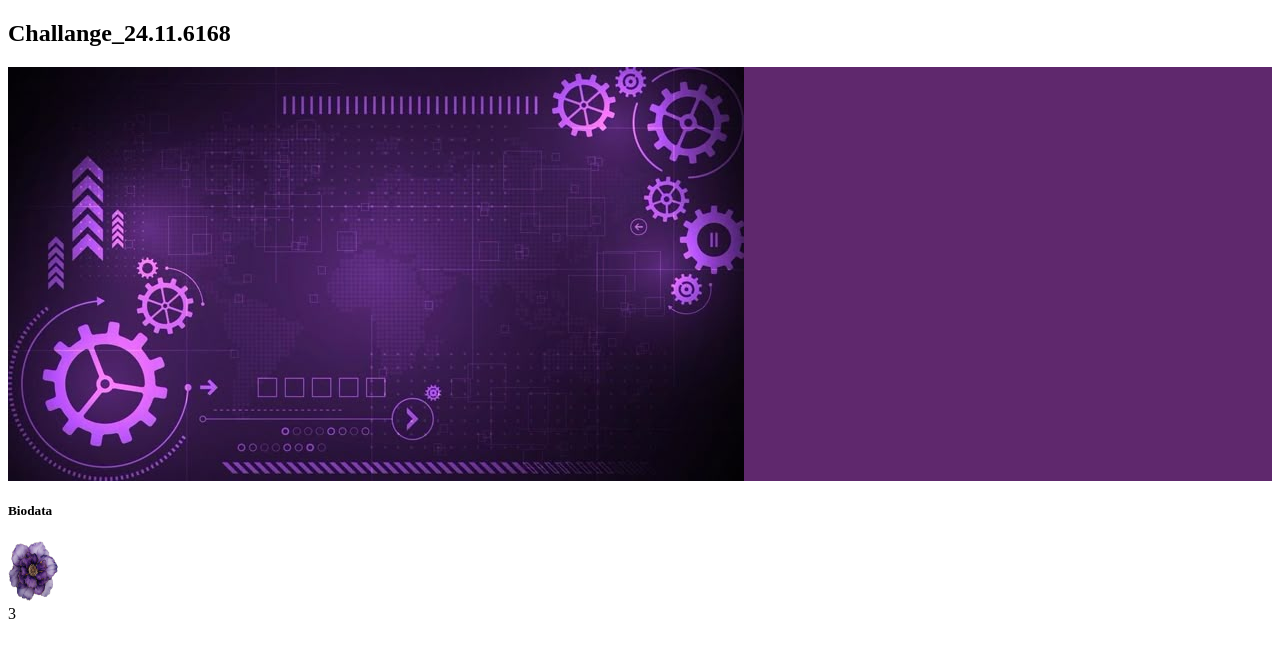
Repository: Ms-Ulfiyahrustam/p5_pemogramanweb
Page: index.html
The author's editor kept a copy of each file at every save. The page is drawn from the files as they stood at one save, then again after the next save.
The browser window is 1280 px wide. The pictures show the whole page.

Above is the page before, as saved 2026-04-27 09:16:21.

After the next save:
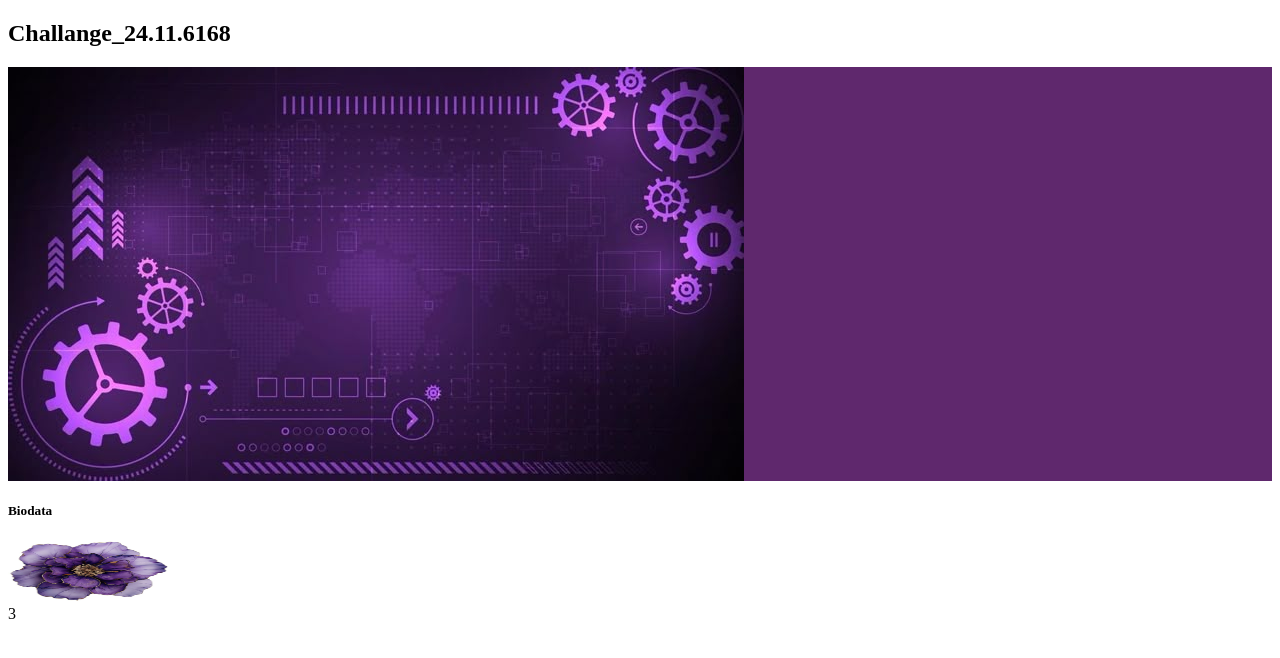
Saved 31 s later.
--- a/index.html
+++ b/index.html
@@ -13,7 +13,7 @@
     </div>
     <div >
         <h5>Biodata</h5>
-        <img src="purple.jpg" alt="" width="50" height="60" >
+        <img src="purple.jpg" alt="" width="160" height="60" >
     </div>
     <div>3</div>
 </body>
